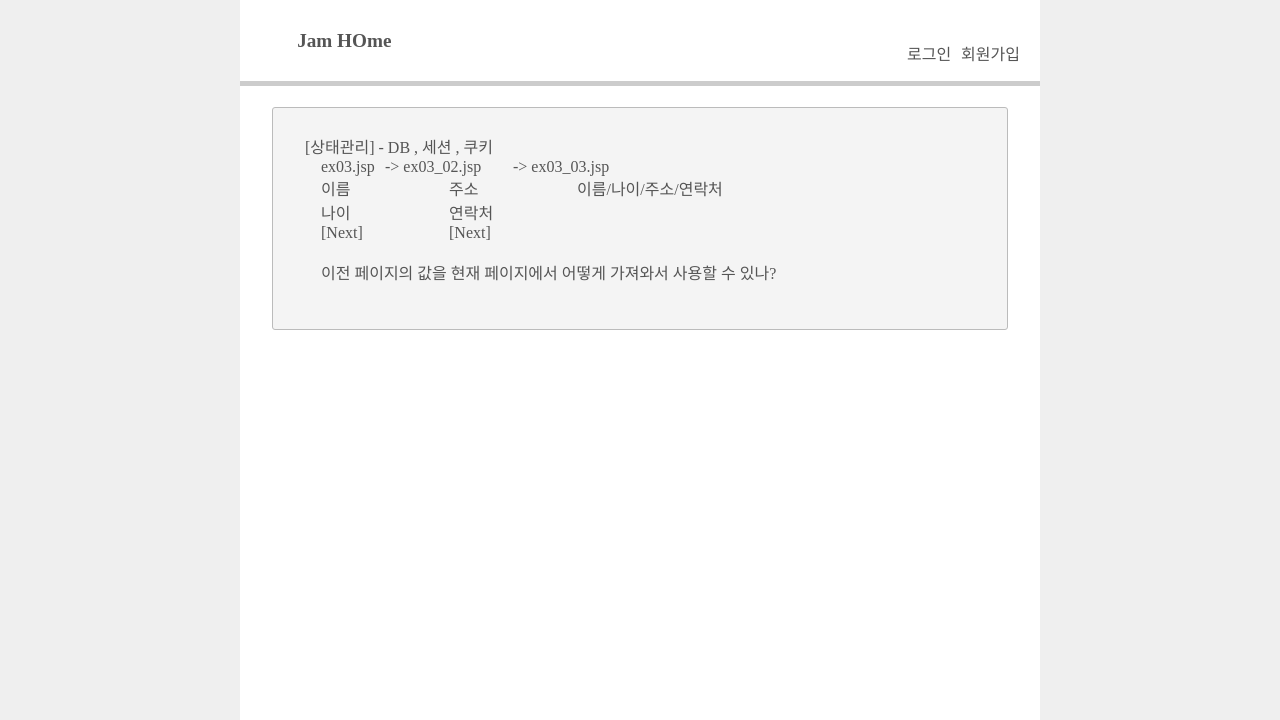
Repository: woals5636/JSPClass
Page: http://localhost/jspPro/days04/ex03.jsp
These files come from the project's save history. The page is drawn as it stood at one moment and after a run of saves; the edit follows.
The browser window is 1280 px wide. The pictures show the whole page.
Some web fonts or font styles are not loaded; a fallback is used. The page is served by Tomcat 9. Other server files are loaded and not shown.

Above is the page before, as saved 2024-10-18 05:50:25.

### jspPro/src/main/webapp/days04/ex03.jsp
<%@ page contentType="text/html; charset=UTF-8" pageEncoding="UTF-8"%>
<%@ taglib prefix="c" uri="http://java.sun.com/jsp/jstl/core"%>
<!DOCTYPE html>
<html>
<head>
<meta charset="UTF-8">
<title>Insert title here</title>
<link rel="shortcut icon" type="image/x-icon" href="http://localhost/jspPro/images/SiSt.ico">
<script src="https://ajax.googleapis.com/ajax/libs/jquery/3.7.1/jquery.min.js"></script>
<meta name="viewport" content="width=device-width, initial-scale=1.0">
<meta name="google" content="notranslate">
<link rel="stylesheet" href="http://localhost/jspPro/resources/cdn-main/example.css">
<script src="http://localhost/jspPro/resources/cdn-main/example.js"></script>
<style>
 span.material-symbols-outlined{
    vertical-align: text-bottom;
 }
</style>
</head>
<body>
<header>
  <h1 class="main"><a href="#" style="position: absolute;top:30px;">Jam HOme</a></h1>
  <ul>
    <li><a href="#">로그인</a></li>
    <li><a href="#">회원가입</a></li>
  </ul>
</header>
<div>
  <xmp class="code">
    [상태관리] - DB , 세션 , 쿠키
  	ex03.jsp	-> ex03_02.jsp	-> ex03_03.jsp
  	이름				주소				이름/나이/주소/연락처
  	나이				연락처
  	[Next]			[Next]

  	이전 페이지의 값을 현재 페이지에서 어떻게 가져와서 사용할 수 있나?

  </xmp>
</div>
</body>
</html>

### jspPro/src/main/webapp/resources/cdn-main/example.css
@charset "UTF-8";

@import url('https://fonts.googleapis.com/css2?family=Material+Symbols+Outlined:opsz,wght,FILL,GRAD@20..48,100..700,0..1,-50..200');

@font-face {
    font-family: 'GmarketSansMedium';
    src: url('https://cdn.jsdelivr.net/gh/projectnoonnu/noonfonts_2001@1.1/GmarketSansMedium.woff') format('woff');
    font-weight: normal;
    font-style: normal;
}

:root {
	--text-color: #555;
	--sub-text-color: #777;
	--back-color: #EFEFEF;
	--header-color: #444;
	--primary-color: #DEDEDE;
	--secondary-color: #EFEFEF;
	--default-width: 800px;
	--narrow-width: 500px;
	--wide-width: 1200px;
	--text-font: 'GmarketSansMedium';
	--icon-font: 'Material Symbols Outlined';
	--border-color: #CCC;
}

html, body {
	margin: 0;
	padding: 0;
}

html {
	background-color: var(--back-color);
	display: flex;
	justify-content: center;
	min-height: 100vh;
}

body, body.default {
	width: var(--default-width);
	background-color: white;
	padding-bottom: 120px;
}

body.wide {
	width: var(--wide-width);
}

body.narrow {
	width: var(--narrow-width);
}



body, p, div, span, a, input, select, option, textarea, button, table, th, td, label, fieldset, legend {
	font-family: var(--text-font);
	color: var(--text-color);
}

h1, h2, h3 {
	font-family: var(--text-font);
	color: var(--header-color);
	padding: 0 1rem;
	padding-top: .5rem;
}

div > h1, div > h2, div > h3 {
	padding: 0;
}

body > div, body > main > div {
	padding: 0.3rem 1rem;
}


h1 { font-size: 2rem; border-bottom: 1px solid var(--border-color); }
h1 small { font-size: 1.2rem; color: var(--sub-text-color); }
h2 { font-size: 1.5rem; border-bottom: 1px dashed var(--border-color); }
h2 small { font-size: 1.1rem; color: --sub-text-color; }
h3 { font-size: 1.2rem; }
h3 small { font-size: 1rem; color: --sub-text-color; }



h1.main::before {
	font-family: var(--icon-font);
  	content: '\e666';
  	margin-right: 10px;
  	float: left;
	font-size: 2.5rem;
}

h1.sub::before {
	font-family: var(--icon-font);
  	content: '\ea19';
  	margin-right: 10px;
  	float: left;
	font-size: 2.5rem;
}


h1.page::before {
	font-family: var(--icon-font);
  	content: '\e0e0';
  	margin-right: 10px;
  	float: left;
	font-size: 2.5rem;
}

body > header > ul > li > .active{
	background-color: #FFF;
	color:#F00;
}

body > header {
	display: flex;
	justify-content: space-between;
	border-bottom: 5px solid var(--border-color);
	min-height: 74px;
	background-color: #FFF;
}

body > header.sticky {
	position: sticky;
	top: 0;
	z-index: 98;
}

body > header > h1 {
	font-size: 1.2rem;
	border: 0;
}

body > header.in > h1::before {
	font-family: var(--icon-font);
  	content: '\e332‥';
  	margin-right: 3px;
  	float: left;
	font-size: 2rem;
}


body > header > ul {
	list-style-type: none;
	display: flex;
	align-items: flex-end;
	margin-right: 10px;
}

body > header > ul > li {
	margin-right: 10px;
	cursor: pointer;
}

body > header > ul > li > a {
	cursor: pointer;
}


form {
	display: block;
}

form > div {
	padding: 0.3rem 1rem;
}

div > form > div {
	padding: 0.3rem 0;
}

input, textarea, button, select {
	border: 1px solid #BBB;
	border-radius: 3px;
	outline: none;
	resize: none;
	padding: 7px;
	margin: 0;
}

input[type=text]:read-only, textarea:read-only {
	cursor: not-allowed;
	background-color: #FFF;
}

input[type=text]:disabled, textarea:disabled {
	cursor: not-allowed;
	background-color: #EEE;
}

input[type=text], input[type=password], textarea, button, select {
	/* width: 300px; */
}

textarea {
	display: block;
	height: 100px;
}

input[type=button], input[type=submit], button {
	/* width: inherit; */
}

input.short, textarea.short, button.short, select.short {
	width: 100px;
}

input.long, textarea.long, button.long, select.long {
	width: 350px;
}

.narrow input.long, .narrow textarea.long, .narrow button.long, .narrow select.long {
	width: calc(100% - 20px);
}

input.full, textarea.full, button.full, select.full {
	width: calc(100% - 20px);
}

textarea.short {
	height: 50px;
}

textarea.long {
	height: 100px;
}

textarea.full {
	height: 200px;
}

input, textarea {
	padding-top: 8px;
}

input[type=button], input[type=submit], button {
	padding: 5px 10px;
	background-color: var(--secondary-color);
	cursor: pointer;
	min-height: 36px;
}

input[type=button].primary, input[type=submit].primary, button.primary {
	/* background-color: rgba(100, 149, 237, .2); */
	background-color: var(--primary-color);
}

input[type=button].primary:hover, input[type=submit].primary:hover, button.primary:hover {
	/* background-color: rgba(100, 149, 237, .3); */
	background-color: var(--secondary-color);
}

input[type=button]:hover, input[type=submit]:hover, button:hover {
	background-color: var(--primary-color);
}

button {
	position: relative;
	left: 0;
	top: 0;
	padding-left: 35px;
}

button .material-symbols-outlined {
	position: absolute;
	left: 10px;
	top: 4px;
}

/* k2nik add */
button.login::before {
	font-family: var(--icon-font);
  	content: '\ea77';
	position: absolute;
	left: 11px;
	top: 4px;
	font-size: 1.25rem;
}

/* k2nik logout */
button.logout::before {
	font-family: var(--icon-font);
  	content: '\e9ba';
	position: absolute;
	left: 11px;
	top: 4px;
	font-size: 1.25rem;
}

/* k2nik help */
button.help::before {
	font-family: var(--icon-font);
  	content: '\f1c0';
	position: absolute;
	left: 11px;
	top: 4px;
	font-size: 1.25rem;
}

button.add::before{
	font-family: var(--icon-font);
  	content: '\e746';
	position: absolute;
	left: 11px;
	top: 4px;
	font-size: 1.25rem;
}

button.back::before {
	font-family: var(--icon-font);
  	content: '\e166';
	position: absolute;
	left: 11px;
	top: 4px;
	font-size: 1.25rem;
}

button.list::before {
	font-family: var(--icon-font);
  	content: '\e0ee';
	position: absolute;
	left: 11px;
	top: 4px;
	font-size: 1.25rem;
}


button.del::before {
	font-family: var(--icon-font);
  	content: '\e872';
	position: absolute;
	left: 11px;
	top: 4px;
	font-size: 1.25rem;
}


button.edit::before {
	font-family: var(--icon-font);
  	content: '\e745';
	position: absolute;
	left: 11px;
	top: 4px;
	font-size: 1.25rem;
}


button.login::before {
	font-family: var(--icon-font);
  	content: '\ea77';
	position: absolute;
	left: 11px;
	top: 4px;
	font-size: 1.25rem;
}


button.logout::before {
	font-family: var(--icon-font);
  	content: '\e9ba';
	position: absolute;
	left: 11px;
	top: 4px;
	font-size: 1.25rem;
}


button.in::before {
	font-family: var(--icon-font);
  	content: '\f71a';
	position: absolute;
	left: 11px;
	top: 4px;
	font-size: 1.25rem;
}


button.out::before {
	font-family: var(--icon-font);
  	content: '\f70e';
	position: absolute;
	left: 11px;
	top: 4px;
	font-size: 1.25rem;
}


button.reply::before {
	font-family: var(--icon-font);
  	content: '\e15e';
	position: absolute;
	left: 11px;
	top: 4px;
	font-size: 1.25rem;
}


button.comment::before {
	font-family: var(--icon-font);
  	content: '\e0b9';
	position: absolute;
	left: 11px;
	top: 4px;
	font-size: 1.25rem;
}


button.modal::before {
	font-family: var(--icon-font);
  	content: '\e89e';
	position: absolute;
	left: 11px;
	top: 4px;
	font-size: 1.25rem;
}


button.ok::before {
	font-family: var(--icon-font);
  	content: '\e86c';
	position: absolute;
	left: 11px;
	top: 4px;
	font-size: 1.25rem;
}


button.cancel::before {
	font-family: var(--icon-font);
  	content: '\e5c9';
	position: absolute;
	left: 11px;
	top: 4px;
	font-size: 1.25rem;
}

button.search::before {
	font-family: var(--icon-font);
  	content: '\e8b6';
	position: absolute;
	left: 11px;
	top: 4px;
	font-size: 1.25rem;
}

button.home::before {
	font-family: var(--icon-font);
  	content: '\e88a';
	position: absolute;
	left: 11px;
	top: 4px;
	font-size: 1.25rem;
}


button.sidebar::before {
	font-family: var(--icon-font);
  	content: '\f7e4';
	position: absolute;
	left: 11px;
	top: 4px;
	font-size: 1.25rem;
}


button.sidebar-right::before {
	font-family: var(--icon-font);
  	content: '\f7e5';
	position: absolute;
	left: 11px;
	top: 4px;
	font-size: 1.25rem;
}




button::before {
	font-family: var(--icon-font);
  	content: '\e323';
	position: absolute;
	left: 11px;
	top: 4px;
	font-size: 1.25rem;
}


table {
	border-collapse: collapse;
	margin: 1rem;
	box-sizing: border-box;
	width: calc(100% - 32px);
}

table.content {
	width: auto;
}

div > table {
	margin: 0;
}

table th, table td {
	border: 1px solid var(--border-color);
	padding: 7px;
	font-weight: normal;
}

table th {
	background-color: var(--back-color);
}

table.vertical th {
	width: 150px;
}

table.vertical td {
	width: calc(100% - 182px);
	padding-left: 10px;
}

table.content td, table.content th {
	width: auto;
}

body.narrow table.vertical th {
	width: 100px;
}

body.narrow table.vertical td {
	width: calc(100% - 182px);
}


table + table {
	margin-top: 30px;
}


p {
	padding: 0 1rem;
}

a {
	text-decoration: none;
}

a:hover {
	color: rgba(255, 99, 71, .7);
}

hr {
	border: 0;
	border-top: 1px solid var(--border-color);
	margin: 2rem 0;
}

.message {
	border: 1px solid var(--border-color);
	background-color: #EFEFEF;
	margin: 1rem;
	width: auto;
	padding-top: 10px;
	padding-bottom: 10px;
	font-size: 14px;
}

.message[title]::before {
	content: attr(title);
	display: block;
	border-bottom: 1px solid var(--border-color);
	padding-bottom: 5px;
	margin-bottom: 10px;
	margin-top: 7px;
}

.message.short {
	max-width: 250px;
}

.message.long {
	max-width: 500px;
}

.badge {
	float: right;
	font-size: .8rem;
	margin-top: 2px;
	margin-right: 2px;
	text-shadow: 0 0 7px gray;
}

.badge.left {
	float: none;
	margin-left: 2px;
}

.badge.right {
	float: right;
}

.badge.red {
	border-radius: 50%;
	padding: 2px 5px;
	background-color: rgb(255, 99, 71, .3);
}

.badge.yellow {

	border-radius: 50%;
	padding: 2px 5px;
	background-color: rgb(255, 215, 0, .5);
}

.badge.blue {
	border-radius: 50%;
	padding: 2px 5px;
	background-color: rgb(100, 149, 237, .3);
}

label + label {
	margin-left: 7px;
}

label input[type=checkbox], label input[type=radio] {
	transform: translate(0, 1px);
}

.group {
	display: flex;
}

.modal-content .group {
	margin-bottom: .5rem;
}

.group label {
	border: 1px solid #BBB;
	border-radius: 3px;
	outline: none;
	resize: none;
	padding: 7px 14px;
	margin: 0;
	border-top-right-radius: 0;
	border-bottom-right-radius: 0;
	background-color: #EFEFEF;
	white-space: nowrap;
	font-size: 14px;
}

.group input[type=text] {
	margin-left: -1px;
	border-top-left-radius: 0;
	border-bottom-left-radius: 0;
}

.group select {
	margin-left: -1px;
	border-top-left-radius: 0;
	border-bottom-left-radius: 0;
}

.group input.full[type=text] {
	margin-left: -1px;
	border-top-left-radius: 0;
	border-bottom-left-radius: 0;
	width: 100%;
}

.group input[type=button]:first-child, .group button:first-child {
	border-top-left-radius: 3px;
	border-bottom-left-radius: 3px;
	margin-left: 0px;
}

.group input[type=button], .group button {
	border-radius: 0;
	margin-left: -1px;
}

.group input[type=button]:last-child, .group button:last-child {
	margin-left: -1px;
	border-top-right-radius: 3px;
	border-bottom-right-radius: 3px;
}

.seperate {
	display: flex;
	justify-content: space-between;
}

div.list {
	width: max-content;
	margin: 1rem;
	border: 1px solid #BBB;
	border-radius: 3px;
	padding: 0;
}

div.list.full {
	width: auto;
	display: block;
	margin: 1rem;
	border: 1px solid #BBB;
	border-radius: 3px;
	padding: 0;
}

div.list > div {
	padding: .5rem 1rem;
	margin: 0;
	border-bottom: 1px solid #BBB;
}

div.list > div:last-child {
	border-bottom: 0;
}

pre.code , xmp.code{
	font-family: consols;
	background-color: rgba(150, 150, 150, .1);
	border: 1px solid #BBB;
	border-radius: 3px;
	padding: .5rem 1rem;
	padding-bottom: .6rem;
	margin: 1rem;
}




*[data-modal-window] {
	position: fixed;
	background-color: rgba(0, 0, 0, .3);
	left: 0;
	top: 0;
	display: none;
	justify-content: center;
	align-items: flex-start;
	width: 100%;
	min-height: 100vh;
	z-index: 100;
	opacity: 0;
	transition: 500ms all;
}

*[data-modal-window] .modal-container {
	border-radius: 5px;
	padding: 1rem;
	padding-bottom: .5rem;
	margin-top: -500px;
	opacity: 0;
	width: 500px;
	background-color: #FFF;
	margin-right: 2rem;
	transition: 500ms all;
}

*[data-modal-size=content] .modal-container {
	width: auto;
}

*[data-modal-size=narrow] .modal-container {
	width: 300px;
}

*[data-modal-size=wide] .modal-container {
	width: 760px;
}


*[data-modal-window] .modal-header {
	border-bottom: 1px solid var(--border-color);
	padding: 2px 5px;
}

*[data-modal-window] .modal-content {
	padding: 1rem 5px;
}

*[data-modal-window] .modal-content div:last-child {
	margin-top: 1rem;
	text-align: right;
}



*[data-sidebar-window] {
	position: fixed;
	background-color: #FFF;
	left: 0;
	top: 0;
	display: block;
	width: 300px;
	border-right: 1px solid var(--border-color);
	box-sizing: border-box;
	box-shadow: 0 0 3px var(--back-color);
	min-height: 100vh;
	z-index: 99;
	transform: translate(-300px, 0);
	transition-duration: 500ms;
	transition-property: transform;
}

*[data-sidebar-direction=right] {
	left: auto;
	right: 0;
	transform: translate(300px, 0);
	border-left: 1px solid var(--border-color);
}

*[data-sidebar-size=wide] {
	width: 500px;
	transform: translate(-500px, 0);
}

*[data-sidebar-window] .sidebar-title {
	border-bottom: 1px solid var(--border-color);
	margin-top: 20px;
	margin-bottom: 20px;
	padding-bottom: 5px;
	display: flex;
	justify-content: space-between;
}

*[data-sidebar-window] .sidebar-title span:last-child {
	cursor: pointer;
}


/* K2Nik pagination */
.center {
  text-align: center;
}

.pagination {
  display: inline-block;
}

.pagination a {
  color: black;
  float: left;
  padding: 3px 6px;
  text-decoration: none;
  transition: background-color .3s;
  border: 1px solid #ddd;
  margin: 0 3px;
}

.pagination a.active {
  background-color: #4CAF50;
  color: white;
  border: 1px solid #4CAF50;
}

.pagination a:hover:not(.active) {background-color: #ddd;}

### jspPro/src/main/webapp/resources/cdn-main/example.js

window.onload = () => {

    const list = document.querySelectorAll('input, textarea');

    list.forEach(item => {
        item.setAttribute('autocomplete', 'off');
    });


    const modal_btn_list = document.querySelectorAll('*[data-modal-button]');

    modal_btn_list.forEach(item => {
        item.onclick = function() {

            const name = this.dataset['modalButton'];
            const modal_window = document.querySelector('*[data-modal-window=' + name);

            const container = document.createElement('div');
            container.className = 'modal-container';



            const modal_header = document.createElement('div');
            modal_header.textContent = modal_window.dataset['modalTitle'];
            modal_header.className = 'modal-header';
            container.appendChild(modal_header);

            const modal_content = document.createElement('div');
            modal_content.className = 'modal-content';
            container.appendChild(modal_content);

            Array.from(modal_window.childNodes).forEach(item => {
                modal_content.appendChild(item);
            });

            modal_window.appendChild(container);

            modal_window.style.display = 'flex';

            setTimeout(() => {
                modal_window.style.opacity = 1;
                container.style.marginTop = '20px';
                container.style.opacity = 1;
            }, 50);


            const modal_ok = document.querySelector('*[data-modal-ok=' + name);
            modal_ok.addEventListener('click', function() {
                modal_window.style.opacity = 0;
                container.style.marginTop = '-500px';
                container.style.opacity = 0;

                setTimeout(() => {
                    modal_window.innerHTML = modal_content.innerHTML;
                    modal_window.style.display = 'none';
                }, 500);

            });

            const modal_cancel = document.querySelector('*[data-modal-cancel=' + name);
            modal_cancel.addEventListener('click', function() {

                modal_window.style.opacity = 0;
                container.style.marginTop = '-500px';
                container.style.opacity = 0;

                setTimeout(() => {
                    modal_window.innerHTML = modal_content.innerHTML;
                    modal_window.style.display = 'none';
                }, 500);
            });


        };
    });


    const sidebar_btn_list = document.querySelectorAll('*[data-sidebar-button]');

    sidebar_btn_list.forEach(item => {
        item.onclick = function() {



            const name = this.dataset['sidebarButton'];
            const sidebar_window = document.querySelector('*[data-sidebar-window=' + name);

            if (sidebar_window.style.transform == 'translate(0px, 0px)') return;



            sidebar_window.style.transform = 'translate(0, 0)';

            const sidebar_title = document.createElement('div');
            sidebar_title.className = 'sidebar-title';
            sidebar_title.innerHTML = '<span>' + sidebar_window.dataset['sidebarTitle'] + '</span><span class="material-symbols-outlined">close</span>';

            sidebar_title.children[1].onclick = function() {

                let sign = 1;
                let distance = 300;

                if (sidebar_window.dataset['sidebarDirection'] != 'right') {
                    sign = -1;
                } else {
                    sign = 1;
                }

                if (sidebar_window.dataset['sidebarSize'] != 'wide') {
                    distance = 300;
                } else {
                    distance = 500;
                }

                distance *= sign;

                sidebar_window.style.transform = 'translate(' + distance + 'px, 0)';

                setTimeout(function() {
                    sidebar_window.removeChild(sidebar_window.children[0]);
                }, 500);
            };


            sidebar_window.prepend(sidebar_title);

        }
    });

};

// window.onkeydown = function(event) {

//     if (event.keyCode == 27) {
//         if (document.querySelector('[data-modal-window').style.display == 'flex') {
//             document.querySelector('[data-modal-window').style.display = 'none';
//         }
//     }

// };

After the next 2 saves:
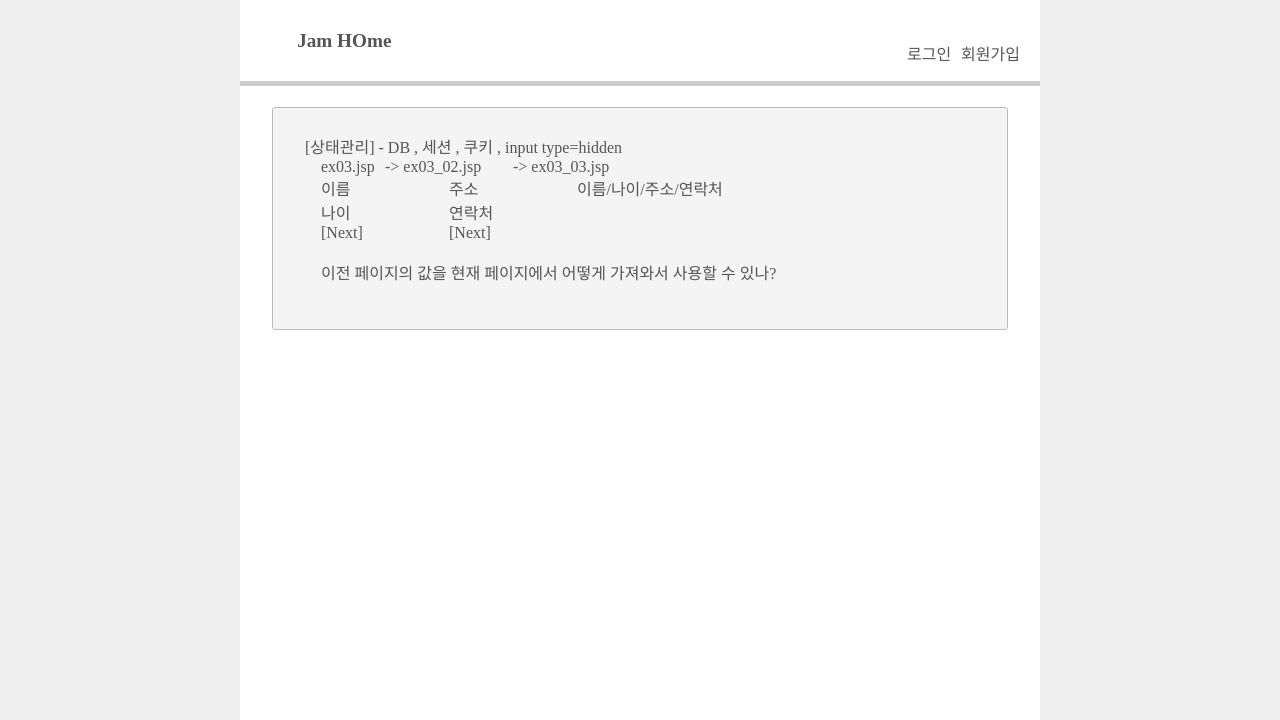
The 2 saves are shown as one change because they came seconds apart.
The last was saved 23 s later.
--- a/jspPro/src/main/webapp/days04/ex03.jsp
+++ b/jspPro/src/main/webapp/days04/ex03.jsp
@@ -27,7 +27,7 @@
 </header>
 <div>
   <xmp class="code">
-    [상태관리] - DB , 세션 , 쿠키
+    [상태관리] - DB , 세션 , 쿠키 , input type=hidden
   	ex03.jsp	-> ex03_02.jsp	-> ex03_03.jsp
   	이름				주소				이름/나이/주소/연락처
   	나이				연락처
